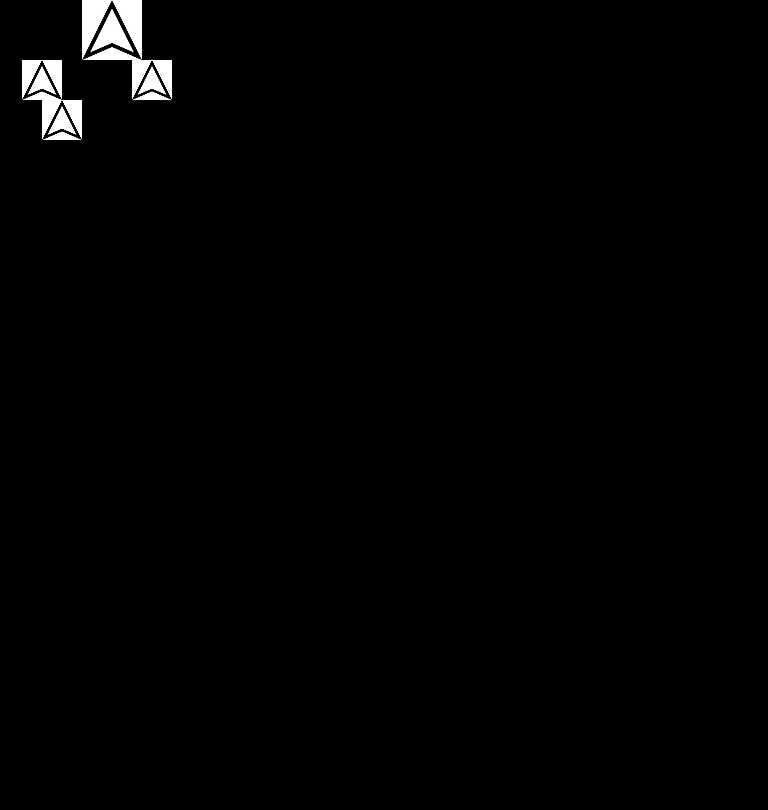
Repository: mintuhouse/AndroidBasedTennisBallCollector_group14_cs308_2012
Layout: android/RemoteTennisBallCollector/res/layout/main.xml
An editor plug-in stored every save of this project. The layout is shown before and after the next save, followed by the edit.
The pictures show rows 470 to 1280 of an output 1280 px tall.
It is drawn on a 768 x 1280 px phone screen (xhdpi) without system bars, with theme android:Theme; the app's code is not run.

Above is the layout before, as saved 2012-04-07 14:02:37.

After the next save:
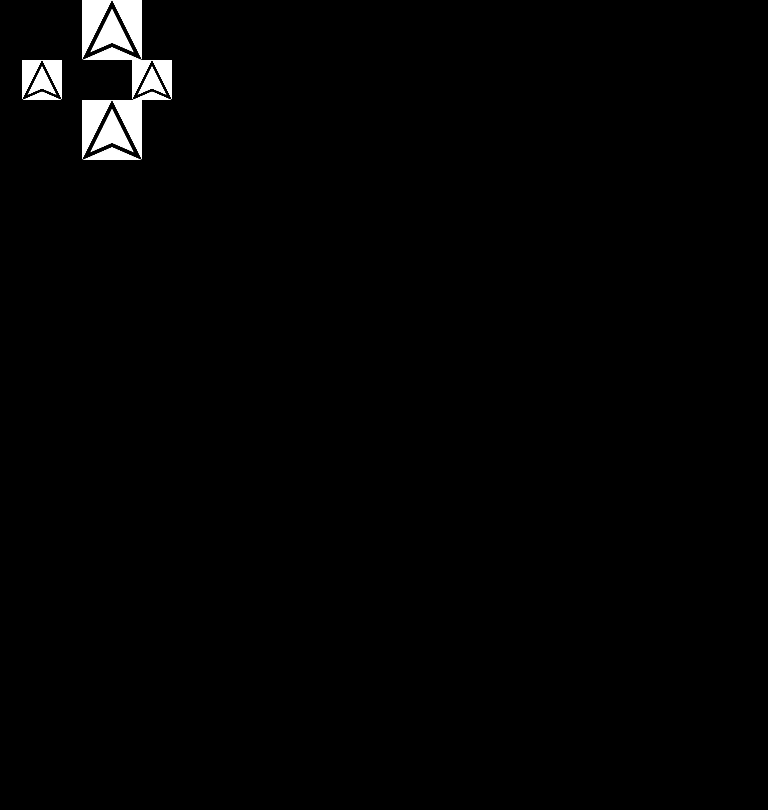
Saved 17 s later.
--- a/android/RemoteTennisBallCollector/res/layout/main.xml
+++ b/android/RemoteTennisBallCollector/res/layout/main.xml
@@ -59,9 +59,9 @@
         <ImageButton
        	   	android:id="@+id/downbutton"
        	   	android:contentDescription="@string/downarrow"
-       	 	android:layout_width="20dp"
-       	 	android:layout_height="20dp"
-       	 	android:layout_marginLeft="15dp"
+       	 	android:layout_width="30dp"
+       	 	android:layout_height="30dp"
+       	 	android:layout_marginLeft="35dp"
        	 	android:background="@drawable/joystick"
        	 />
     </LinearLayout>
